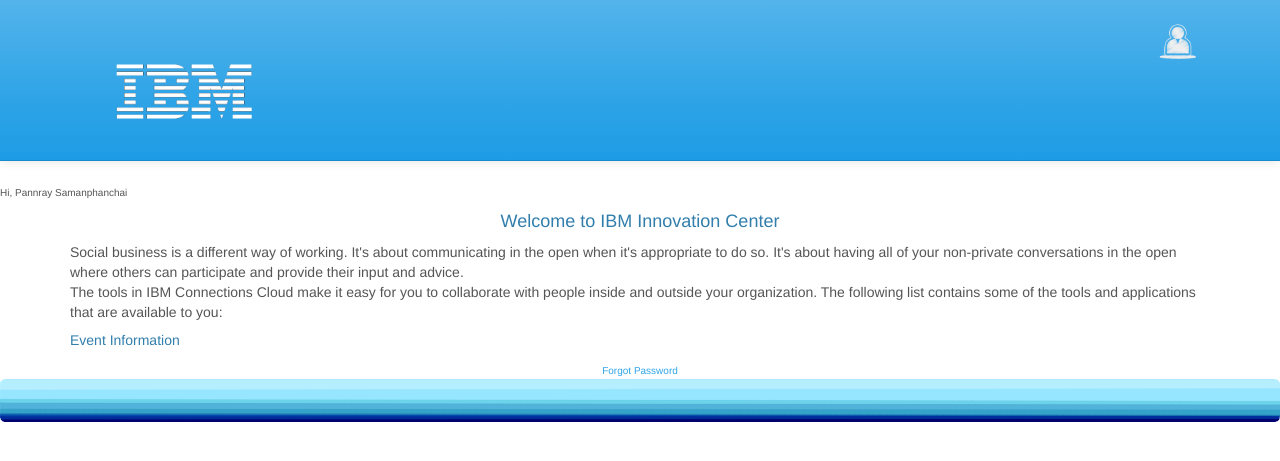
Repository: InnovationCenterOrg/InnovationCustomer
Page: http://localhost/InnovationCustomer/view/test.jsp
An editor plug-in stored every save of this project. The page is shown before and after the next save, followed by the edit.
The browser window is 1280 px wide. The pictures show the whole page.
Some web libraries are served in a nearby version. The page is served by Tomcat 9.

Above is the page before, as saved 2016-03-03 03:29:05.

After the next save:
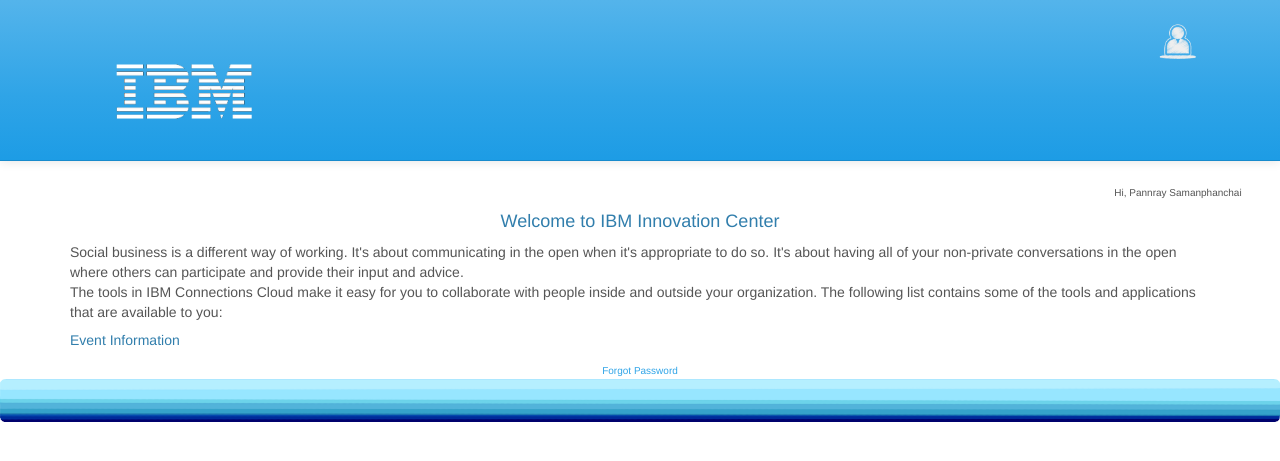
Saved 11 s later.
--- a/InnovationCustomer/WebContent/view/test.jsp
+++ b/InnovationCustomer/WebContent/view/test.jsp
@@ -54,7 +54,7 @@
 							<li><a href="./DashboardMainAction">Dashboard</a></li>
 							<li><a href="./ReportMainAction">Report</a></li>
 					</ul></li></ul> -->
-	<div align="left" style="padding-right: 5%;">
+	<div align="right" style="padding-right: 3%;">
 		<font style="font-size: x-small;">Hi, Pannray Samanphanchai</font>
 	</div>
 	<div class="container">
